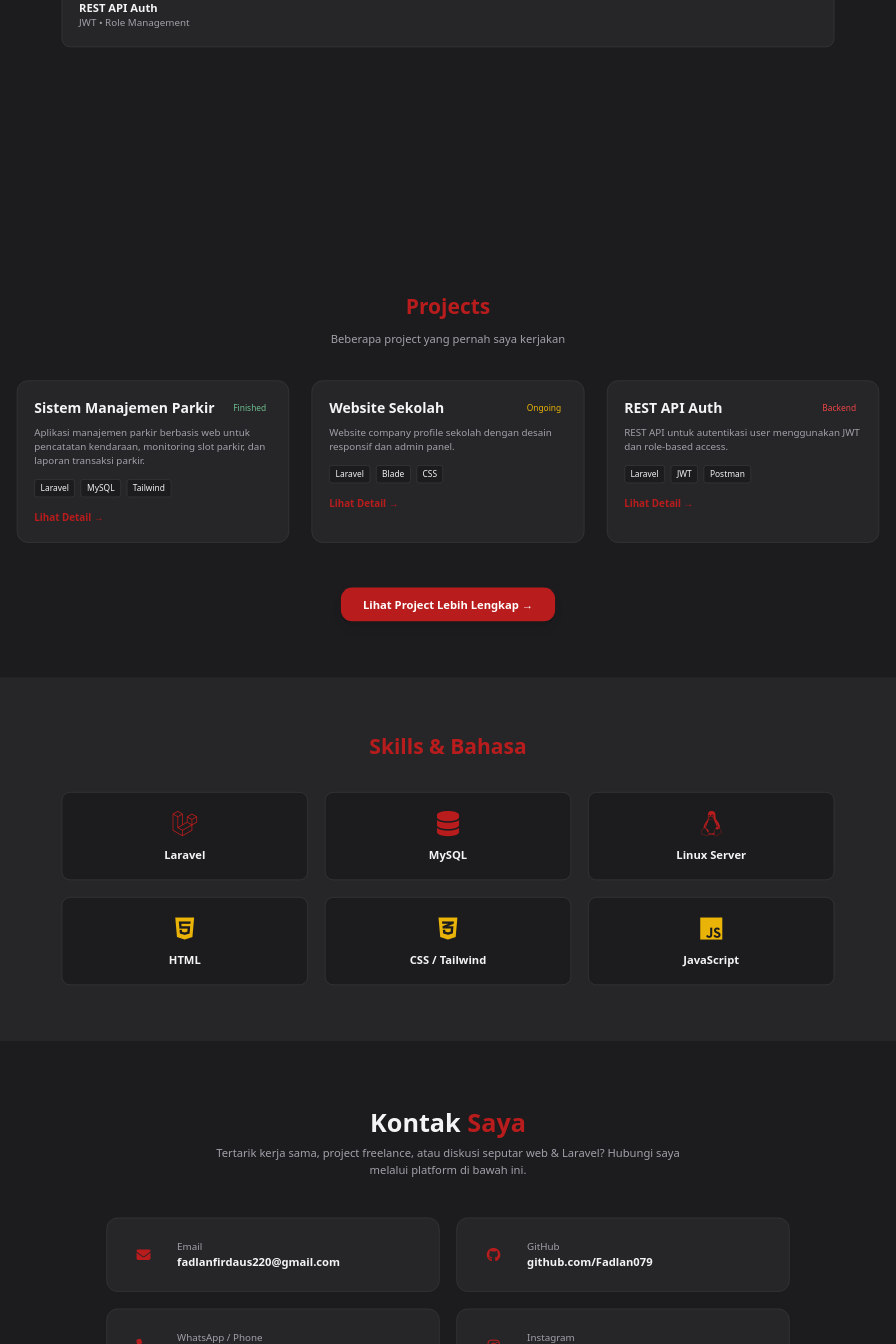
Repository: Fadlan079/Personal-Portfolio
Page: http://localhost/
An editor plug-in stored every save of this project. The page is shown before and after a run of saves, followed by the edit.
The browser window is 1280 px wide. The pictures show the part of the page from y = 1418 to 3338 px (the page is 3952 px tall before and 4366 px after), at 70% of full size.
Some web libraries are served in a nearby version. The page is served by the project's Laravel application, run on PHP 8.4 with Laravel 12. Other server files are loaded and not shown.

Above is the page before, as saved 2026-01-15 09:14:10.

### routes/web.php
<?php

use Illuminate\Support\Facades\Route;
use App\Http\Controllers\ProjectController;

// Route::get('/', function () {
//     return view('welcome');
// });

Route::get('/', function () {
    return view('portofolio');
});

// Route::get('/project', function () {
//     return view('project');
// });

Route::get('/project', [ProjectController::class, 'index']);

### resources/views/portofolio.blade.php
<!DOCTYPE html>
<html lang="id">
<head>
  <meta charset="UTF-8" />
  <meta name="viewport" content="width=device-width, initial-scale=1.0" />
  <title>Portfolio | Fadlan</title>
  <script src="https://cdn.tailwindcss.com"></script>
  <link rel="stylesheet" href="https://cdnjs.cloudflare.com/ajax/libs/font-awesome/6.5.1/css/all.min.css"/>
  <script>
    tailwind.config = {
      theme: {
        extend: {
          colors: {
            bg: 'var(--color-bg)',
            surface: 'var(--color-surface)',
            border: 'var(--color-border)',
            text: 'var(--color-text)',
            muted: 'var(--color-muted)',
            primary: 'var(--color-primary)',
            success: 'var(--color-success)',
            danger: 'var(--color-danger)',
            warning: 'var(--color-warning)',
          }
        }
      }
    }
  </script>
  <style>
    :root {
      --color-bg: #1c1c1e;
      --color-surface: #262629;
      --color-border: #3a3a3d;
      --color-text: #f4f4f5;
      --color-muted: #a1a1aa;
      --color-primary: #b91c1c;
      --color-success: #6fbf8f;
      --color-danger:  #ef4444;
      --color-warning: #eab308;
    }

    html {
      scroll-behavior: smooth;
    }

* {
  scrollbar-width: thin;
  scrollbar-color: #ef4444 transparent;
}

::-webkit-scrollbar {
  width: 10px;
}

::-webkit-scrollbar-track {
  background: transparent;
}

::-webkit-scrollbar-thumb {
  background: linear-gradient(
    180deg,
    #ef4444,
    #dc2626
  );
  border-radius: 999px;
  border: 2px solid transparent;
  background-clip: content-box;
}

::-webkit-scrollbar-thumb:hover {
  background: linear-gradient(
    180deg,
    #f87171,
    #ef4444
  );
}

  </style>
</head>

<body class="bg-bg text-text">
  <header> @include('components.header') </header>
  <main>
    <section id="home" class="relative min-h-screen flex items-center px-6 overflow-hidden">  @include('sections.hero')</section>
    <section id="about" class="py-20 bg-surface"> @include('sections.about')</section>
    <section id="experience" class="py-20">@include('sections.experience')</section>
    <section id="education" class="py-24 bg-bg"></section>
  </main>




<!-- Projects -->
<section id="projects" class="py-20 bg-bg">
  <div class="max-w-7xl mx-auto px-6">
    <h3 class="text-3xl font-bold text-center mb-4 text-primary">Projects</h3>
    <p class="text-muted text-center mb-12">
      Beberapa project yang pernah saya kerjakan
    </p>

    <div class="grid md:grid-cols-3 gap-8">

<!-- Project Card -->
<div class="bg-surface border border-border rounded-2xl p-6 hover:-translate-y-2 transition">
  <div class="flex justify-between items-center mb-3">
    <h4 class="text-xl font-semibold">Sistem Manajemen Parkir</h4>
    <span class="text-xs px-2 py-1 rounded bg-success/20 text-success">
      Finished
    </span>
  </div>

  <p class="text-muted text-sm mb-4">
    Aplikasi manajemen parkir berbasis web untuk pencatatan kendaraan,
    monitoring slot parkir, dan laporan transaksi parkir.
  </p>

  <!-- Tech Stack -->
  <div class="flex flex-wrap gap-2 text-xs mb-4">
    <span class="px-2 py-1 bg-bg border border-border rounded">Laravel</span>
    <span class="px-2 py-1 bg-bg border border-border rounded">MySQL</span>
    <span class="px-2 py-1 bg-bg border border-border rounded">Tailwind</span>
  </div>

  <!-- Action -->
  <a href="https://github.com/Fadlan079/Sistem-Manajemen-Parkir.git" class="text-primary text-sm font-semibold hover:underline">
    Lihat Detail →
  </a>
</div>


      <!-- Project Card -->
      <div class="bg-surface border border-border rounded-2xl p-6 hover:-translate-y-2 transition">
        <div class="flex justify-between items-center mb-3">
          <h4 class="text-xl font-semibold">Website Sekolah</h4>
          <span class="text-xs px-2 py-1 rounded bg-warning/20 text-warning">
            Ongoing
          </span>
        </div>

        <p class="text-muted text-sm mb-4">
          Website company profile sekolah dengan desain responsif
          dan admin panel.
        </p>

        <div class="flex flex-wrap gap-2 text-xs mb-4">
          <span class="px-2 py-1 bg-bg border border-border rounded">Laravel</span>
          <span class="px-2 py-1 bg-bg border border-border rounded">Blade</span>
          <span class="px-2 py-1 bg-bg border border-border rounded">CSS</span>
        </div>

        <a href="#" class="text-primary text-sm font-semibold hover:underline">
          Lihat Detail →
        </a>
      </div>

      <!-- Project Card -->
      <div class="bg-surface border border-border rounded-2xl p-6 hover:-translate-y-2 transition">
        <div class="flex justify-between items-center mb-3">
          <h4 class="text-xl font-semibold">REST API Auth</h4>
          <span class="text-xs px-2 py-1 rounded bg-danger/20 text-danger">
            Backend
          </span>
        </div>

        <p class="text-muted text-sm mb-4">
          REST API untuk autentikasi user menggunakan JWT
          dan role-based access.
        </p>

        <div class="flex flex-wrap gap-2 text-xs mb-4">
          <span class="px-2 py-1 bg-bg border border-border rounded">Laravel</span>
          <span class="px-2 py-1 bg-bg border border-border rounded">JWT</span>
          <span class="px-2 py-1 bg-bg border border-border rounded">Postman</span>
        </div>

        <a href="#" class="text-primary text-sm font-semibold hover:underline">
          Lihat Detail →
        </a>
      </div>

    </div>
    <!-- Button Lihat Project Lengkap -->
    <div class="mt-16 flex justify-center">
    <a
        href="project"
        class="px-8 py-3 rounded-2xl
            bg-primary text-white font-semibold
            hover:bg-primary/90 transition
            shadow-lg shadow-primary/20"
    >
        Lihat Project Lebih Lengkap →
    </a>
    </div>

  </div>
</section>


<!-- Skills -->
<section id="skills" class="py-20 bg-surface">
  <div class="max-w-6xl mx-auto px-6">
    <h3 class="text-3xl font-bold mb-12 text-primary text-center">Skills & Bahasa</h3>

    <div class="grid md:grid-cols-3 gap-6 text-center">
      <div class="bg-bg border border-border rounded-xl p-6">
        <i class="fa-brands fa-laravel text-4xl text-primary mb-3"></i>
        <h4 class="font-semibold">Laravel</h4>
      </div>
      <div class="bg-bg border border-border rounded-xl p-6">
        <i class="fa-solid fa-database text-4xl text-primary mb-3"></i>
        <h4 class="font-semibold">MySQL</h4>
      </div>
      <div class="bg-bg border border-border rounded-xl p-6">
        <i class="fa-brands fa-linux text-4xl text-primary mb-3"></i>
        <h4 class="font-semibold">Linux Server</h4>
      </div>
      <div class="bg-bg border border-border rounded-xl p-6">
        <i class="fa-brands fa-html5 text-4xl text-warning mb-3"></i>
        <h4 class="font-semibold">HTML</h4>
      </div>
      <div class="bg-bg border border-border rounded-xl p-6">
        <i class="fa-brands fa-css3-alt text-4xl text-warning mb-3"></i>
        <h4 class="font-semibold">CSS / Tailwind</h4>
      </div>
      <div class="bg-bg border border-border rounded-xl p-6">
        <i class="fa-brands fa-js text-4xl text-warning mb-3"></i>
        <h4 class="font-semibold">JavaScript</h4>
      </div>
    </div>
  </div>
</section>

<!-- Contact -->
<section id="contact" class="py-24 bg-bg">
  <div class="max-w-5xl mx-auto px-6">

    <!-- Heading -->
    <div class="text-center mb-14">
      <h3 class="text-4xl font-extrabold mb-3">
        Kontak <span class="text-primary">Saya</span>
      </h3>
      <p class="text-muted max-w-2xl mx-auto">
        Tertarik kerja sama, project freelance, atau diskusi seputar web & Laravel?
        Hubungi saya melalui platform di bawah ini.
      </p>
    </div>

    <!-- Contact Cards -->
    <div class="grid sm:grid-cols-2 gap-6">

      <!-- Email -->
      <a href="mailto:fadlanfirdaus220@gmail.com"
         class="group bg-surface border border-border rounded-2xl p-6
                flex items-center gap-5
                hover:border-primary hover:-translate-y-1 transition">
        <div class="w-14 h-14 rounded-xl flex items-center justify-center
                    bg-primary/20 text-primary text-xl">
          <i class="fa-solid fa-envelope"></i>
        </div>
        <div>
          <p class="text-sm text-muted">Email</p>
          <p class="font-semibold group-hover:text-primary transition">
            fadlanfirdaus220@gmail.com
          </p>
        </div>
      </a>

      <!-- GitHub -->
      <a href="https://github.com/Fadlan079" target="_blank"
         class="group bg-surface border border-border rounded-2xl p-6
                flex items-center gap-5
                hover:border-primary hover:-translate-y-1 transition">
        <div class="w-14 h-14 rounded-xl flex items-center justify-center
                    bg-primary/20 text-primary text-xl">
          <i class="fa-brands fa-github"></i>
        </div>
        <div>
          <p class="text-sm text-muted">GitHub</p>
          <p class="font-semibold group-hover:text-primary transition">
            github.com/Fadlan079
          </p>
        </div>
      </a>

      <!-- Phone -->
      <a href="tel:082210732928"
         class="group bg-surface border border-border rounded-2xl p-6
                flex items-center gap-5
                hover:border-primary hover:-translate-y-1 transition">
        <div class="w-14 h-14 rounded-xl flex items-center justify-center
                    bg-primary/20 text-primary text-xl">
          <i class="fa-solid fa-phone"></i>
        </div>
        <div>
          <p class="text-sm text-muted">WhatsApp / Phone</p>
          <p class="font-semibold group-hover:text-primary transition">
            0822-1073-2928
          </p>
        </div>
      </a>

      <!-- Instagram -->
      <a href="https://instagram.com/fdln007" target="_blank"
         class="group bg-surface border border-border rounded-2xl p-6
                flex items-center gap-5
                hover:border-primary hover:-translate-y-1 transition">
        <div class="w-14 h-14 rounded-xl flex items-center justify-center
                    bg-primary/20 text-primary text-xl">
          <i class="fa-brands fa-instagram"></i>
        </div>
        <div>
          <p class="text-sm text-muted">Instagram</p>
          <p class="font-semibold group-hover:text-primary transition">
            @fdln007
          </p>
        </div>
      </a>

    </div>

    <!-- CTA -->
    <div class="text-center mt-16">
      <p class="text-muted mb-4">
        Siap berkolaborasi dan membangun aplikasi bersama?
      </p>
      <a href="mailto:fadlanfirdaus220@gmail.com"
         class="inline-block px-8 py-3 bg-primary text-white
                rounded-2xl font-semibold
                hover:opacity-90 transition shadow-lg shadow-primary/30">
        Hubungi Sekarang
      </a>
    </div>

  </div>
</section>


<!-- Footer -->
<footer class="relative border-t border-border bg-bg">
  <!-- Glow -->
  <div class="absolute inset-0 -z-10">
    <div class="absolute bottom-0 left-1/2 -translate-x-1/2
                w-[400px] h-[400px]
                bg-primary/20 blur-[120px] rounded-full"></div>
  </div>

  <div class="max-w-7xl mx-auto px-6 py-14 grid gap-10 md:grid-cols-3">

    <!-- Brand -->
    <div>
      <h3 class="text-xl font-bold text-primary mb-3">Fadlan.dev</h3>
      <p class="text-muted leading-relaxed">
        Full Stack Developer yang fokus pada pengembangan
        aplikasi web modern menggunakan Laravel,
        frontend responsif, dan backend yang scalable.
      </p>
    </div>

    <!-- Quick Links -->
    <div>
      <h4 class="font-semibold mb-4 text-text">Quick Links</h4>
      <ul class="space-y-2 text-muted text-sm">
        <li>
          <a href="#home" class="hover:text-primary transition">Home</a>
        </li>
        <li>
          <a href="#projects" class="hover:text-primary transition">Projects</a>
        </li>
        <li>
          <a href="#contact" class="hover:text-primary transition">Contact</a>
        </li>
      </ul>
    </div>

    <!-- Social -->
    <div>
      <h4 class="font-semibold mb-4 text-text">Connect</h4>
      <div class="flex gap-4">
        <a href="https://github.com/Fadlan079" target="_blank"
           class="w-10 h-10 rounded-xl border border-border
                  flex items-center justify-center
                  text-muted hover:text-primary hover:border-primary
                  transition">
          <i class="fa-brands fa-github"></i>
        </a>
        <a href="https://instagram.com/fdln007" target="_blank"
           class="w-10 h-10 rounded-xl border border-border
                  flex items-center justify-center
                  text-muted hover:text-primary hover:border-primary
                  transition">
          <i class="fa-brands fa-instagram"></i>
        </a>
        <a href="mailto:fadlanfirdaus220@gmail.com"
           class="w-10 h-10 rounded-xl border border-border
                  flex items-center justify-center
                  text-muted hover:text-primary hover:border-primary
                  transition">
          <i class="fa-solid fa-envelope"></i>
        </a>
      </div>
    </div>

  </div>

  <!-- Bottom -->
  <div class="border-t border-border text-center py-4 text-muted text-sm">
    © 2026 <span class="text-text font-semibold">Fadlan Firdaus</span>.
    Built with <span class="text-primary">Laravel</span> & Tailwind CSS.
  </div>
</footer>


</body>
</html>

### resources/views/components/header.blade.php
<nav class="fixed w-full bg-bg/80 backdrop-blur border-b border-border z-50">
  <div class="max-w-7xl mx-auto px-6 py-4 flex justify-between items-center">
    <h1 class="text-xl font-bold text-primary">Fadlan.dev</h1>
    <ul class="flex gap-6 text-sm">
      <li class="relative group">
        <a href="#home">Home</a>
        <span class="absolute left-0 -bottom-1 h-[2px] w-0 bg-primary transition-all group-hover:w-full"></span>
      </li>
      <li class="relative group">
        <a href="#about">About</a>
        <span class="absolute left-0 -bottom-1 h-[2px] w-0 bg-primary transition-all group-hover:w-full"></span>
      </li>
      <li class="relative group">
        <a href="#experience">Experience</a>
        <span class="absolute left-0 -bottom-1 h-[2px] w-0 bg-primary transition-all group-hover:w-full"></span>
      </li>
        <li class="relative group">
        <a href="#projects">Project</a>
        <span class="absolute left-0 -bottom-1 h-[2px] w-0 bg-primary transition-all group-hover:w-full"></span>
      </li>
      <li class="relative group">
        <a href="#skills">Skills</a>
        <span class="absolute left-0 -bottom-1 h-[2px] w-0 bg-primary transition-all group-hover:w-full"></span>
      </li>
      <li class="relative group">
        <a href="#contact">Contact</a>
        <span class="absolute left-0 -bottom-1 h-[2px] w-0 bg-primary transition-all group-hover:w-full"></span>
      </li>
    </ul>
  </div>
</nav>

### resources/views/sections/hero.blade.php
<div class="absolute inset-0 -z-10 overflow-hidden">
<div
    class="absolute -top-32 -left-32
        w-[420px] h-[420px]
        bg-primary/25
        blur-[140px]
        rounded-full">
</div>

<div
    class="absolute -bottom-32 -right-32
        w-[500px] h-[500px]
        bg-primary/20
        blur-[160px]
        rounded-full">
</div>
</div>

<div class="max-w-7xl mx-auto w-full grid lg:grid-cols-2 gap-12 items-center">
<div class="text-center lg:text-left">
    <span
    class="inline-flex items-center gap-2 px-4 py-1 mb-6
            rounded-full border border-border bg-surface
            text-sm text-muted"
    >
    <i class="fa-solid fa-code text-primary"></i>
    Available for Collaboration
    </span>

    <h2 class="text-4xl md:text-6xl font-extrabold mb-6 leading-tight">
    Hi, Saya
    <span
        class="bg-gradient-to-r from-primary to-red-400
                bg-clip-text text-transparent"
    >
        Fadlan
    </span>
    <br />
    <span class="text-3xl md:text-4xl text-muted font-semibold">
        Full Stack Developer
    </span>
    </h2>

    <p class="text-muted max-w-xl mb-8 leading-relaxed">
    Fokus membangun aplikasi web modern menggunakan
    <strong class="text-text">Laravel</strong>,
    backend rapi, frontend responsif,
    serta deployment di
    <strong class="text-text">Linux Server</strong>.
    </p>

    <div class="flex gap-4 flex-wrap justify-center lg:justify-start">
    <a
        href="#projects"
        class="px-7 py-3 rounded-xl bg-primary text-white font-semibold
                hover:opacity-90 transition shadow-lg shadow-primary/30"
    >
        Lihat Project
    </a>

    <a
        href="#contact"
        class="px-7 py-3 rounded-xl border border-border
                hover:border-primary hover:text-primary transition"
    >
        Kontak Saya
    </a>
    </div>

    <div class="mt-8 flex gap-4 justify-center lg:justify-start">
    <a href="https://github.com/Fadlan079" target="_blank"
        class="w-11 h-11 rounded-xl border border-border
                flex items-center justify-center
                text-muted hover:text-primary hover:border-primary
                hover:shadow-lg hover:shadow-primary/30
                transition">
        <i class="fa-brands fa-github text-lg"></i>
    </a>

    <a href="https://instagram.com/fdln007" target="_blank"
        class="w-11 h-11 rounded-xl border border-border
                flex items-center justify-center
                text-muted hover:text-primary hover:border-primary
                hover:shadow-lg hover:shadow-primary/30
                transition">
        <i class="fa-brands fa-instagram text-lg"></i>
    </a>

    <a href="mailto:fadlanfirdaus220@gmail.com"
        class="w-11 h-11 rounded-xl border border-border
                flex items-center justify-center
                text-muted hover:text-primary hover:border-primary
                hover:shadow-lg hover:shadow-primary/30
                transition">
        <i class="fa-solid fa-envelope text-lg"></i>
    </a>

    <a href="https://wa.me/6282210732928" target="_blank"
        class="w-11 h-11 rounded-xl border border-border
                flex items-center justify-center
                text-muted hover:text-primary hover:border-primary
                hover:shadow-lg hover:shadow-primary/30
                transition">
        <i class="fa-brands fa-whatsapp text-lg"></i>
    </a>
    </div>

    <div class="mt-10 flex gap-6 text-muted text-sm flex-wrap
                justify-center lg:justify-start">
    <span class="flex items-center gap-2">
        <i class="fa-brands fa-laravel text-primary"></i> Laravel
    </span>
    <span class="flex items-center gap-2">
        <i class="fa-solid fa-database"></i> MySQL
    </span>
    <span class="flex items-center gap-2">
        <i class="fa-brands fa-linux"></i> Linux
    </span>
    <span class="flex items-center gap-2">
        <i class="fa-brands fa-html5"></i> Tailwind
    </span>
    </div>
</div>

<div class="relative flex justify-center">
    <div
    class="absolute -inset-4 rounded-full
            bg-primary/30 blur-3xl"
    ></div>

    <div
    class="relative w-72 h-72 md:w-80 md:h-80
            rounded-3xl overflow-hidden
            border border-border
            bg-surface shadow-xl">
    <img
        src="profil.jpg"
        alt="Fadlan"
        class="w-full h-full object-cover"
    />
    </div>
</div>
</div>

### resources/views/sections/about.blade.php
<div class="max-w-6xl mx-auto px-6">
<h3 class="text-3xl font-bold mb-6 text-primary">Tentang Saya</h3>
<p class="text-muted leading-relaxed max-w-3xl">
    Saya pelajar SMK jurusan PPLG dengan minat besar di bidang
    <strong>Full Stack Development</strong>. Terbiasa membangun aplikasi
    Laravel, REST API, database MySQL, serta deployment ke server Linux.
</p>
</div>

### resources/views/sections/experience.blade.php
<div class="max-w-6xl mx-auto px-6">
<h3 class="text-3xl font-bold mb-12 text-primary text-center">Pengalaman</h3>
<div class="space-y-6">
    <div class="bg-surface border border-border rounded-xl p-6">
    <h4 class="font-semibold">Project Sistem Kasir</h4>
    <p class="text-muted text-sm">Laravel • MySQL • Tailwind</p>
    </div>
    <div class="bg-surface border border-border rounded-xl p-6">
    <h4 class="font-semibold">Website Sekolah</h4>
    <p class="text-muted text-sm">Company Profile • Responsive Design</p>
    </div>
    <div class="bg-surface border border-border rounded-xl p-6">
    <h4 class="font-semibold">REST API Auth</h4>
    <p class="text-muted text-sm">JWT • Role Management</p>
    </div>
</div>
</div>

After the next 2 saves:
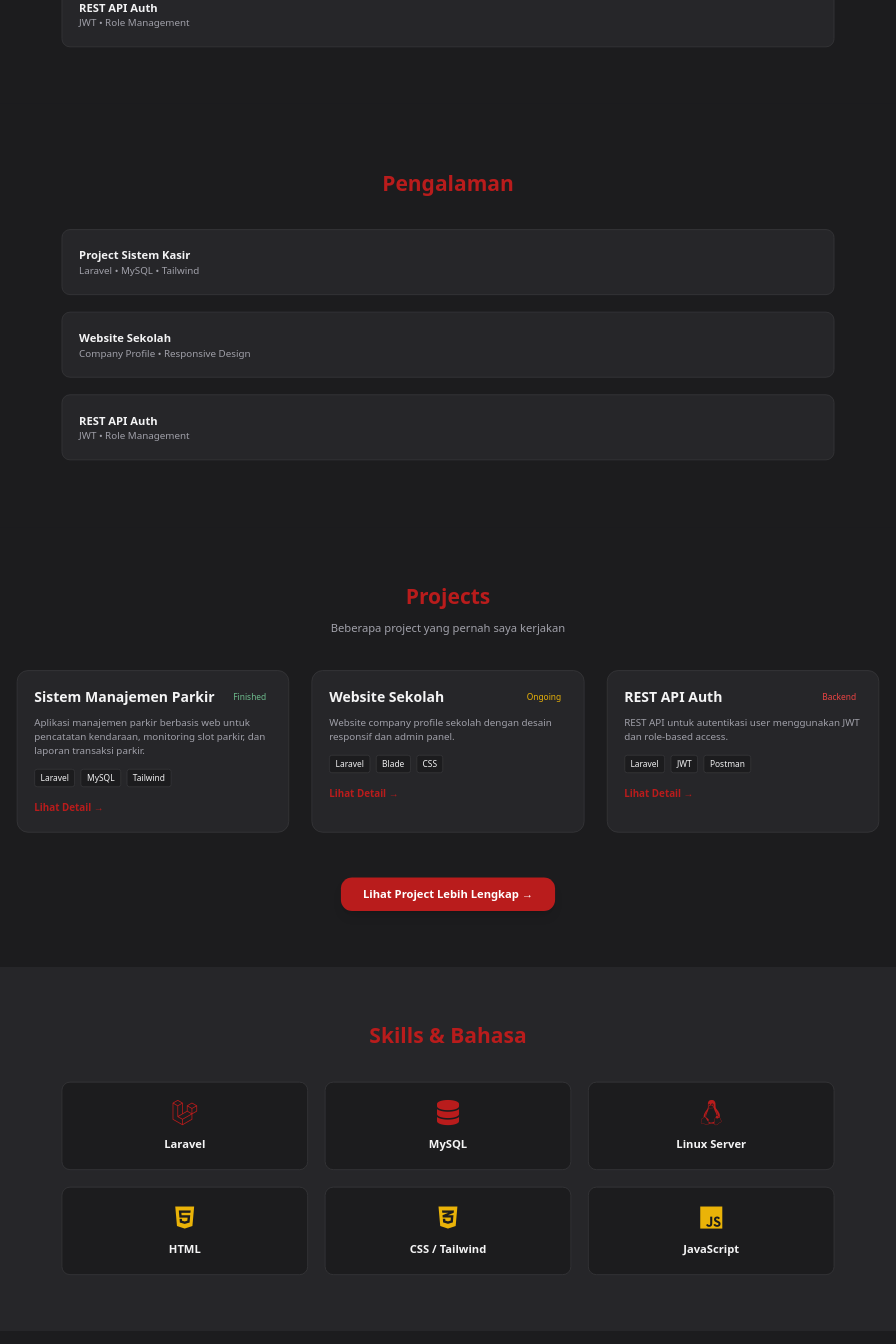
The 2 saves are shown as one change because they came seconds apart.
The last was saved 8 s later.
--- a/resources/views/portofolio.blade.php
+++ b/resources/views/portofolio.blade.php
@@ -81,9 +81,9 @@
   <header> @include('components.header') </header>
   <main>
     <section id="home" class="relative min-h-screen flex items-center px-6 overflow-hidden">  @include('sections.hero')</section>
-    <section id="about" class="py-20 bg-surface"> @include('sections.about')</section>
+    <section id="about" class="py-20 bg-surface">@include('sections.about')</section>
     <section id="experience" class="py-20">@include('sections.experience')</section>
-    <section id="education" class="py-24 bg-bg"></section>
+    <section id="education" class="py-24 bg-bg">@include('sections.experience')</section>
   </main>
 
 
